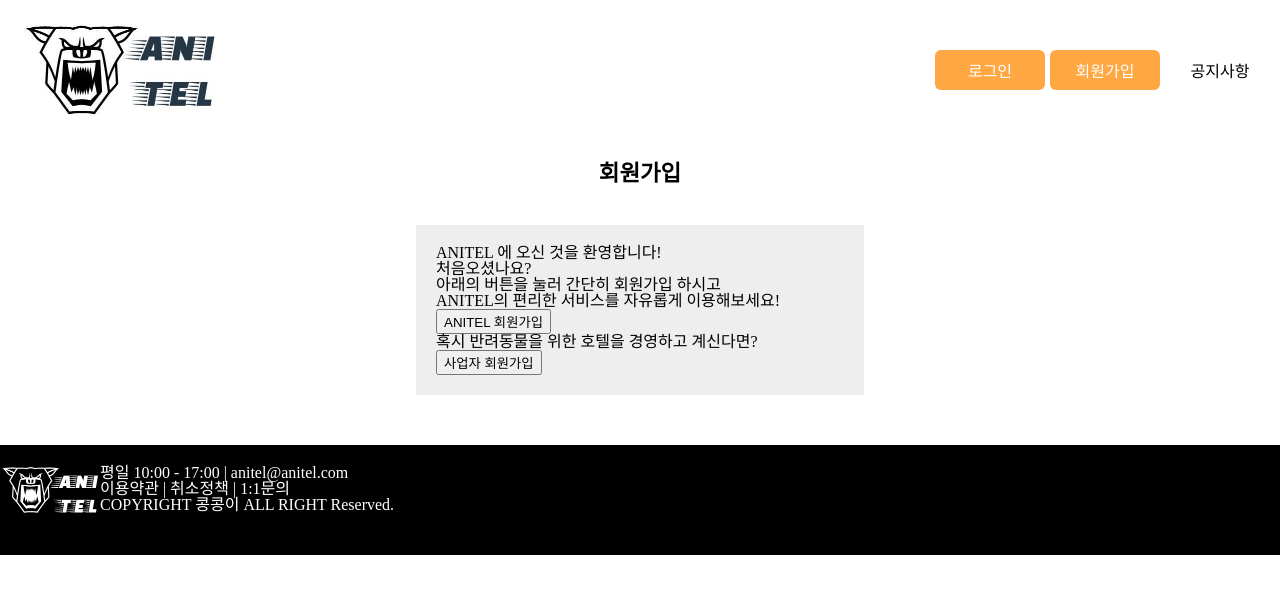
Repository: bangms/anitel
Page: http://localhost/anitel/anitel/member/signIn.jsp
An editor plug-in stored every save of this project. The page is shown before and after the next save, followed by the edit.
The browser window is 1280 px wide. The pictures show the whole page.
The page is served by Tomcat 9. Other server files are loaded and not shown.

Above is the page before, as saved 2021-06-30 16:04:14.

### workspace/anitel/WebContent/anitel/member/signIn.jsp
<%@ page language="java" contentType="text/html; charset=UTF-8"
    pageEncoding="UTF-8"%>
<!DOCTYPE html>
<html>
<head>
	<meta charset="UTF-8">
	<title>Insert title here</title>
	<link rel="stylesheet" href="style/style.css">
	<link rel="stylesheet" href="style/reset.css">
</head>
<body>
<div id="container">
	<div id="header">
		<div id="logo">
			<img src="imgs/logo.jpg" width="200px" height="100px">
		</div>
		<div id="button">
			<button id="notice">공지사항</button>
			<button id="signin">회원가입</button>
			<button id="login">로그인</button>
		</div>
	</div>
	<div id="signup_wrap">
    <h1 align="center">회원가입</h1>
		<div class="box_wrap">
			<p class="txt1"> ANITEL 에 오신 것을 환영합니다! </p>
			<p class="txt2"> 처음오셨나요?<br />
			아래의 버튼을 눌러 간단히 회원가입 하시고 <br />
			ANITEL의 편리한 서비스를 자유롭게 이용해보세요!
			</p>
			<button class="btn_user_signup" onclick="window.location='signInUserForm.jsp'">ANITEL 회원가입</button>
			<p> 혹시 반려동물을 위한 호텔을 경영하고 계신다면?</p>
			<button class="btn_mem_signup" onclick="window.location='signInMemberForm.jsp'">사업자 회원가입</button>
		</div>
   </div>

  <!-- 여기서부터 푸터입니다. 일단  DON't Touch !!!!!  -->
		<div id="footer">
			 <img src="imgs/logo2.png" width=100px; height=50px;>
			 <p> 평일 10:00 - 17:00 | anitel@anitel.com <br/>
			 이용약관 | 취소정책 | 1:1문의 <br/>
				COPYRIGHT 콩콩이 ALL RIGHT Reserved.</p>
			</div>
  </div>
</body>
</html>

### workspace/anitel/WebContent/anitel/member/style/style.css
 /* 공통 */
 html, body {
 	height: 100%;
 	width: 100%;
 }

#container {
  width: 100%;
}

#header {
	width: 100%;
  height: 140px;
	top:0;
	left: 0;
	background-color:white;
	display:inline-block;
}

#logo {
	width: 300px;
	height:100px;
	padding: 20px;
	float:left;
}

#button {
	height:140px;
	float:right;
}

#button > button {
	margin-top: 50px;
	border: none;
	border-radius: 6px;
 	width: 110px;
 	height:40px;
 	font-size: 16px;
 	cursor: pointer;
	color:white;
	float : right;
	margin-right: 5px;
	background-color:#FFA742;
}


#button button#notice{
	background-color: #fff;
	color:black;
}

#button button:hover{
	background-color:#FF822B !important;
	color:#fff !important;
}

#footer {
	height:70px;
	width:100%;
	background-color:black;
	color:white;
	padding: 20px 0;
	margin-top: 50px;
}

/* + 추가로 footer 글부분 수정 필요함 */

    p{
    	margin-top:10px;
    	font-size: 13px;
    	margin-left : 200px;

    }
    img {
    	float:left;
    	padding: 20px;
    	margin-top:-15px;
    	margin-left:40px;
    }


/* 회원가입 선택 */
#signup_wrap {
	width: 35%;
	margin: 0 auto;
}

#signup_wrap h1 {
	font-size: 1.4em;
	font-weight: bold;
	padding: 20px 0;
}

.box_wrap {
	background-color: #eee;
	margin-top: 20px;
	padding: 20px;
	font-size: 1em;
}

/* 사업자 회원가입 form */

.hidden {
	display:none;
}

.show {
	display:block;
}


/* 로그인 form */
.login_wrap {
width : 500px;
margin: 0 auto;
margin-bottom: 30px;
background-color: #fff;
}

.sel_wrap {
width: 100%;
height: 85px;
background: #999;
margin-bottom: 50px;
}

.login {
height: 70px;
float: left;
margin-top: 15px;
cursor: pointer;
color: black;
font-size:18px;
line-height: 70px;
}

.memberLogin {
width: 50%;
background: #999;
}

.userLogin {
width: 50%;
background: white;
}


.input {
width: 80%;
border: 1px solid gray;
padding: 10px 0;
border-radius: 10px;
margin-bottom: 10px;
}

.input_wrap {
margin-top: 10px;
}
.input_wrap > input {
background-color: transparent;
}

.btn_wrap {
width: 80%;
margin: 20px auto;
color: black;
}

.btn_wrap button {
width: 100%;
margin: 0 auto;
padding: 10px 0;
border-radius: 10px;
height: 40px;
margin-bottom: 10px;
cursor: pointer;
border: 0;
color:black;
}

button.btn_login {
  background-color: #555;
  color:white;
}

.btn_wrap > label {
  display: inline-flex;
}

Loaded but not shown: workspace/anitel/WebContent/anitel/member/style/reset.css (common file)

After the next save:
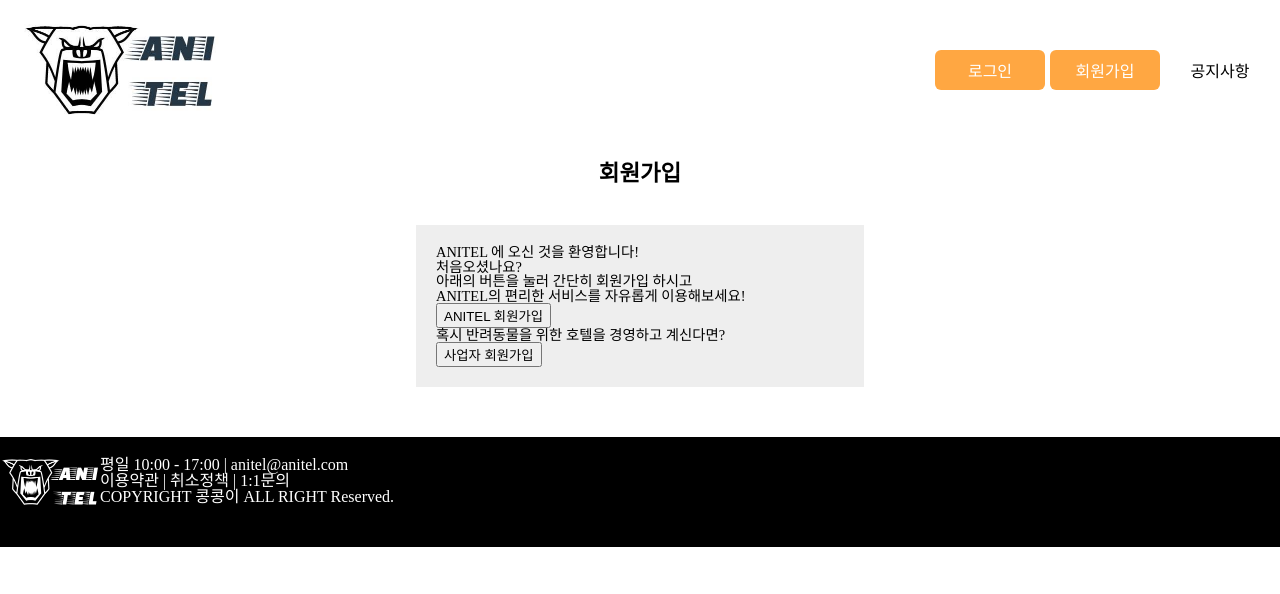
Saved 33 s later.
--- a/workspace/anitel/WebContent/anitel/member/style/style.css
+++ b/workspace/anitel/WebContent/anitel/member/style/style.css
@@ -95,7 +95,7 @@
 	background-color: #eee;
 	margin-top: 20px;
 	padding: 20px;
-	font-size: 1em;
+	font-size: 0.9em;
 }
 
 /* 사업자 회원가입 form */
